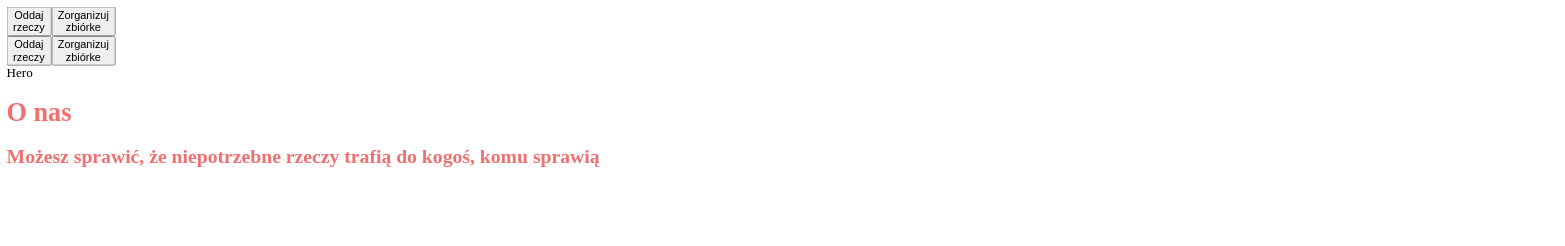
Repository: czaczula/projektstart
Page: /
These files come from the project's save history. The page is drawn as it stood at one moment and after the next save; the edit follows.
The browser window is 1280 px wide. The page is 1908 px wide, so the pictures cover 1908 px, including what lies to the right of the window. The pictures show the whole page, at 82% of full size.
The project was rebuilt for these pictures with package versions that can differ from the ones it lists, and the page was loaded fresh each time. Also part of the build but not shown: src/components/ThreeColumns/_ThreeColumns.scss, src/components/Nav/_Nav.scss, src/components/Register/Register.js, src/components/LogIn/LogIn.js, src/components/Register/LogOut.js.

Above is the page before, as saved 2021-03-22 18:31:54.

### src/components/Home/Home.js
import React from 'react';
import ThreeColumns from "../ThreeColumns/ThreeColumns";
import LittleDo from "../LittleDo/LittleDo";
import WhoWeHelp from '../WhoWeHelp/WhoWeHelp';
import ContactUs from '../ContactUS/ContactUs.js';
import AboutUs from '../AboutUs/AboutUs.js';
import Footer from '../Footer/Footer.js';
import Nav from '../Nav/Nav.js';


// function App() {
//   return (
//     <div style={{ backgroundImage: `url(${background})` }}>
//       Hello World
//     </div>
//   );
// }

// export default App;
export default function Home() {
    return (
        <>

        <div>

</div>
            <Nav/>
            <ThreeColumns/>
            <LittleDo/>
            <WhoWeHelp/>
            <AboutUs/>
            <ContactUs/>
            <Footer/>
        </>
    );
}

### src/components/ThreeColumns/ThreeColumns.js
import React from 'react'
import '../ThreeColumns/_ThreeColumns.scss';

export default function ThreeColumns() {
    return (
        <div>
            Hero

        </div>
    )
}

### src/components/LittleDo/LittleDo.js
import React from 'react'

export default function LittleDo() {
    return (
        <div>

        </div>
    )
}

### src/components/WhoWeHelp/WhoWeHelp.js
import React from 'react'

export default function WhoWeHelp() {
    return (
        <div>

        </div>
    )
}

### src/components/ContactUS/ContactUs.js
import React from 'react'

export default function ContactUs() {
    return (
        <div>

        </div>
    )
}

### src/components/AboutUs/AboutUs.js
import React from 'react';
import './_AboutUs.scss';

const AboutUs = () => {
    return (
        <div className='AboutUsContainer' id='AboutUs'>
            <div className='AboutUsScr'>
            <h1>O nas</h1>
            <div className='AboutUsDec'/>
            <h2>Możesz sprawić, że niepotrzebne rzeczy trafią do kogoś, komu sprawią</h2>
            <div className='AboutUsSig'/>
            </div>
            <div className='AboutUsImg'/>
        </div>
    )
}

export default AboutUs;

### src/components/Nav/Nav.js
import React from 'react';
import HeaderButtons from '../Nav/HeaderButtons';
import NavButtons from '../Nav/NavButtons';

//import { Link } from 'react-scroll';
//import { NavLink } from 'react-router-dom';
// import * as ROUTES from '../Mapofproject/Map.js';
//import Buttons from '../Nav/HeaderButtons';
import './_Nav.scss';


// export default function Nav() {
//     return (
//         <div>
const Layout =({children}) =>{
    return(
        <>
        <container>
        <div>
        <nav><NavButtons/></nav>
        <div></div>
        <div><HeaderButtons/></div>



        </div>
        <main>{children}</main>
        </container>
        </>
    )
}

export default Layout;
//         </div>
//     )
// }

### src/components/AboutUs/_AboutUs.scss
// import '../scss/settings/_colors.scss';

.AboutUsContainer {
    width: 1900px;
    color: #F07070;

}

.AboutUs
            .AboutUsScr
            .AboutUsDec
            .AboutUsSig
            .AboutUsImg {
            background-image: '../../a';
        }

### src/components/Nav/HeaderButtons.js
import React from 'react';
//import ReactDOM from 'react-dom';

const Buttons = () => (
    <>
    <button className='HeaderButton1'>Oddaj<br/>rzeczy</button>
    <button className='HeaderButton2'>Zorganizuj <br/>zbiórke</button>
    </>
)

export default Buttons;

### src/components/Nav/NavButtons.js
import React from 'react';
//import ReactDOM from 'react-dom';

const NavButtons = () => (
    <>
    <button className='NavButton1'>Oddaj<br/>rzeczy</button>
    <button className='NavButton2'>Zorganizuj <br/>zbiórke</button>
    </>
)

export default NavButtons;

Loaded but not shown: public/index.html (common file); src/index.js (common file); src/App.js (common file); src/components/Footer/Footer.js (common file); src/components/LogIn/_LogIn.scss (no stored copy; drawn as an empty file); src/components/Register/_LogOut.scss (no stored copy; drawn as an empty file)

After the next save:
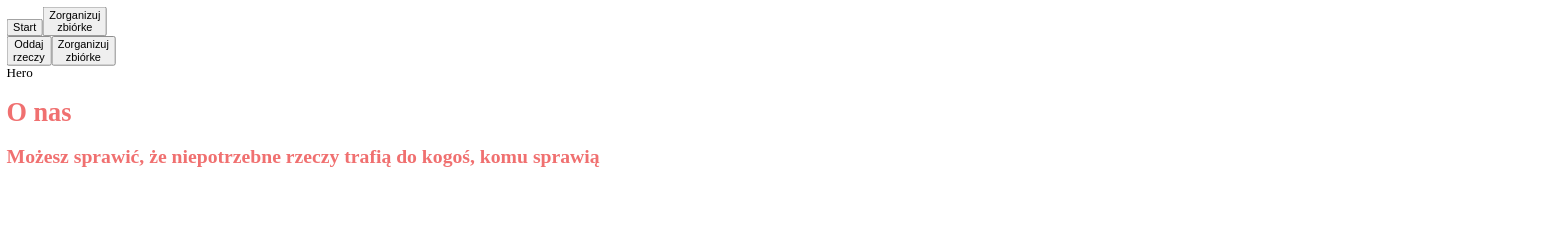
Saved 14 s later.
--- a/src/components/Nav/NavButtons.js
+++ b/src/components/Nav/NavButtons.js
@@ -3,7 +3,7 @@ import React from 'react';
 
 const NavButtons = () => (
     <>
-    <button className='NavButton1'>Oddaj<br/>rzeczy</button>
+    <button className='NavButton1'>Start</button>
     <button className='NavButton2'>Zorganizuj <br/>zbiórke</button>
     </>
 )
